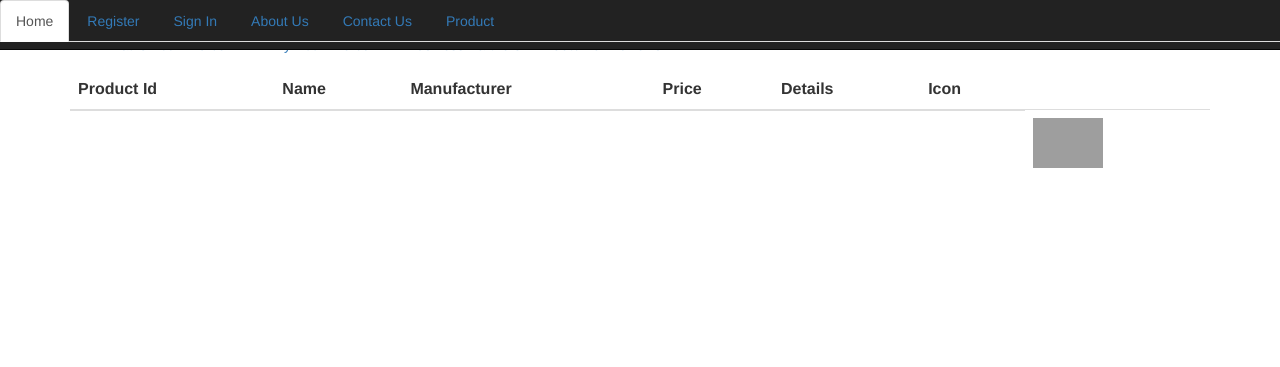
Repository: aradhana15/myFinalRepository
Page: http://localhost/music/WEB-INF/views/productDesc.jsp
These files come from the project's save history. The page is drawn as it stood at one moment and after the next save; the edit follows.
The browser window is 1280 px wide. The pictures show the whole page.
The page is served by Tomcat 9. Nobody is signed in. The template is opened directly, without the code that normally fills it, so the values that code supplies are empty.

Above is the page before, as saved 2016-04-23 11:53:18.
Console error (its wording comes from the project's code and is left out).

After the next save:
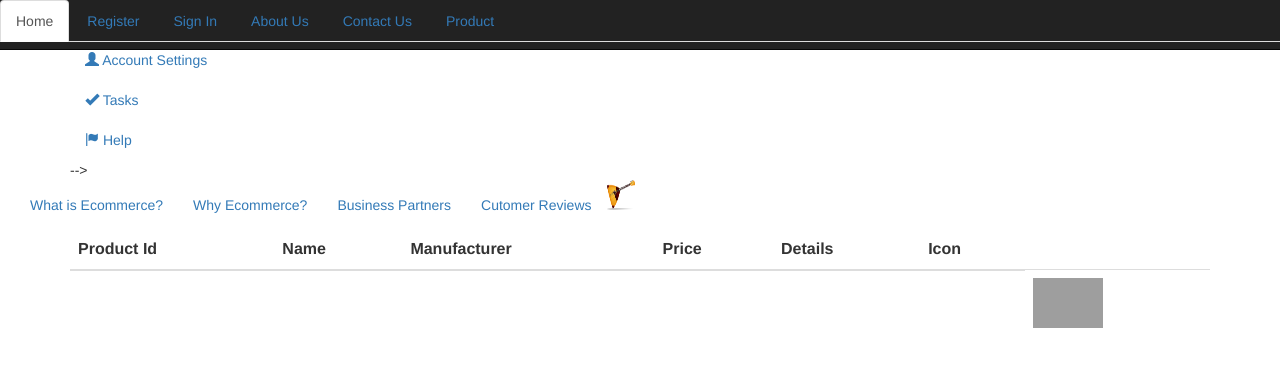
Saved 27 min 52 s later.
--- a/wwf/music/src/main/webapp/WEB-INF/views/header.jsp
+++ b/wwf/music/src/main/webapp/WEB-INF/views/header.jsp
@@ -9,7 +9,27 @@
 
 
 <div class="container">
- <div class="nav nav-pills"><!--  class="navbar-header"> -->
+<div class="profile-usermenu">
+                                <ul class="nav">
+                                    <li class="active">
+                                        <a href="#">
+                                            <i class="glyphicon glyphicon-home"></i> Overview </a>
+                                    </li>
+                                    <li>
+                                        <a href="#">
+                                            <i class="glyphicon glyphicon-user"></i> Account Settings </a>
+                                    </li>
+                                    <li>
+                                        <a href="#" target="_blank">
+                                            <i class="glyphicon glyphicon-ok"></i> Tasks </a>
+                                    </li>
+                                    <li>
+                                        <a href="#">
+                                            <i class="glyphicon glyphicon-flag"></i> Help </a>
+                                    </li>
+                                </ul>
+                            </div>
+ <!--  <div class="nav nav-pills">
           <button type="button" class="navbar-toggle" data-toggle="collapse" data-target=".navbar-collapse">
             <span class="sr-only">Toggle navigation</span>
             <span class="icon-bar"></span>
@@ -21,14 +41,14 @@
         </div>
         <div class="collapse navbar-collapse">
         <div class="nav navbar-nav">
-          <!-- <ul class="nav navbar-nav"> -->
+
             <li class="active"><a href="whatecomm">What is Ecommerce?</a></li>
             <li><a href="yecomm">Why Ecommerce?</a></li>
             <li><a href="businessparter">Business Partners</a></li>
             <li><a href="custreview">Cutomer Reviews</a></li>
             <li><img src="<c:url value='/resources/images/guitar.jpg'/>" alt="ho ja" width="30px" height="30px"/>
 
-          <!-- </ul> -->
+
         </div>
       </div>
 
